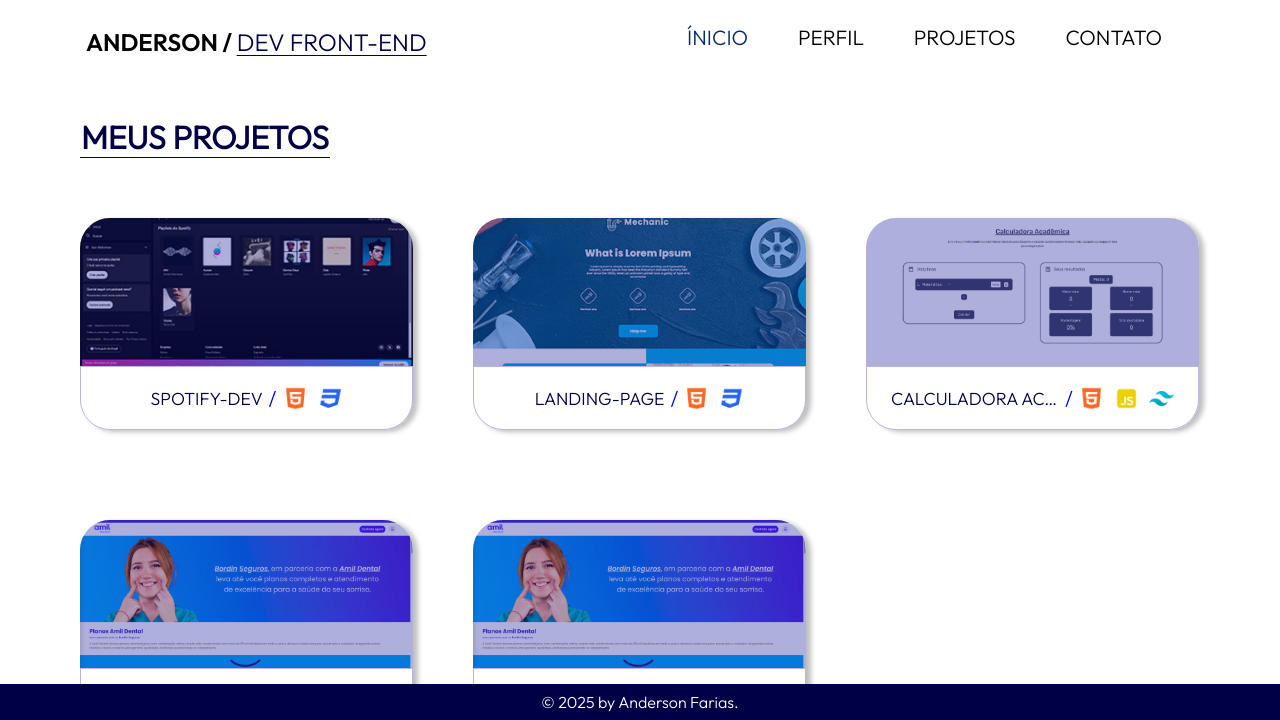
Repository: AndersonGSFarias/Portfolio
Page: html/projects.html
An editor plug-in stored every save of this project. The page is shown before and after a run of saves, followed by the edit.
The browser window is 1280 px wide. The pictures show the whole page.
An inner scrolling area shows only its first screen.

Above is the page before, as saved 2025-09-16 21:23:50.

After the next 3 saves:
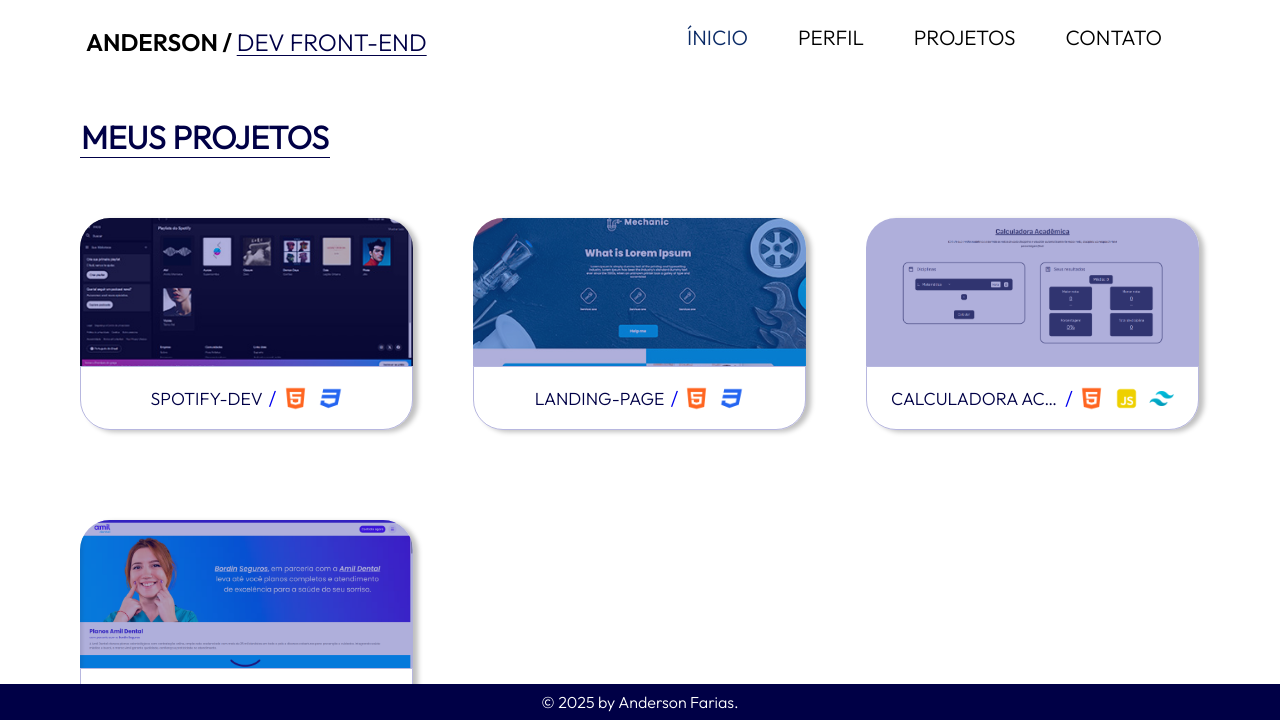
The 3 saves are shown as one change because they came seconds apart.
The last was saved 10 s later.
--- a/html/projects.html
+++ b/html/projects.html
@@ -108,28 +108,11 @@
             <a class="galery" rel="noopener noreferrer" target="_blank" href="https://amil-dental-bordin.vercel.app/">
               <article class="project-box">
                 <div class="project-top">
-                  <img src="../img/projects/amil-dental-bordin-project.png" alt="Calculadora de Média Academica" />
-                  <div class="overlay"></div>
-                </div>
-                <div class="project-bottom">
-                  <p>Calculadora Academica</p>
-                  <span>/</span>
-                  <div class="technologys">
-                    <img class="technology-used" src="../img/technology-icons/html5.png" alt="Ícone da tecnologia HTML5" />
-                    <img class="technology-used" src="../img/technology-icons/javascript.png" alt="Ícone da tecnologia JavaScript" />
-                    <img class="technology-used" src="../img/technology-icons/tailwind.png" alt="Ícone da tecnologia TailwindCSS" />
-                  </div>
-                </div>
-              </article>
-            </a>
-            <a class="project" rel="noopener noreferrer" target="_blank" href="https://amil-dental-bordin.vercel.app/">
-              <article class="project-box">
-                <div class="project-top">
                   <img src="../img/projects/amil-dental-bordin-project.png" alt="Amil Dental" />
                   <div class="overlay"></div>
                 </div>
                 <div class="project-bottom">
-                  <p>Amil Dental Bordin</p>
+                  <p>Amil Dental</p>
                   <span>/</span>
                   <div class="technologys">
                     <img class="technology-used" src="../img/technology-icons/html5.png" alt="Ícone da tecnologia HTML5" />
